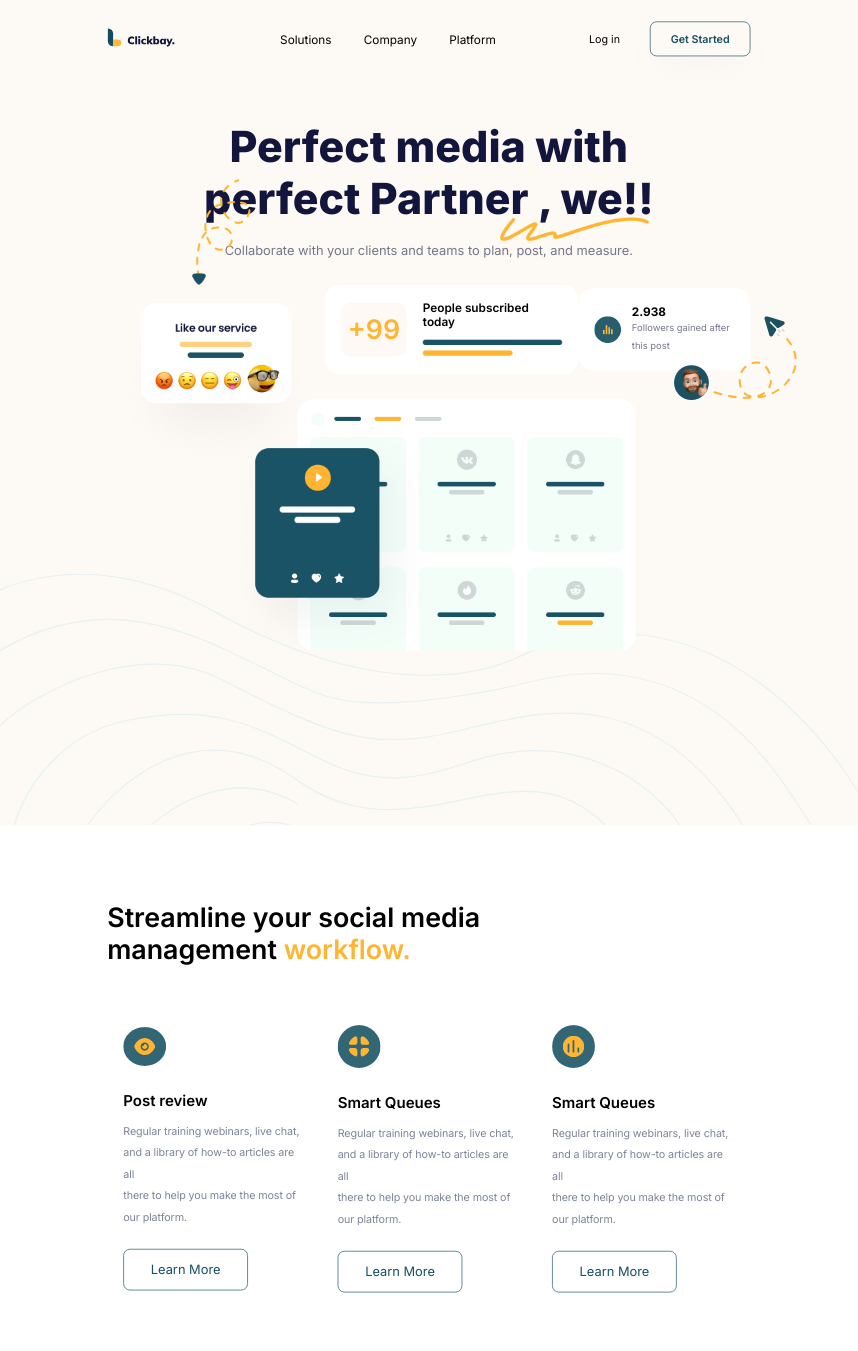
Repository: badhon252/Clickbay
Page: index.html
These files come from the project's save history. The page is drawn as it stood at one moment and after the next save; the edit follows.
The browser window is 1280 px wide. The pictures show the whole page, at 67% of full size.
The style sheet was rebuilt from its Sass, Less or Tailwind sources for each picture, by a compiler version that may differ from the author's.

Above is the page before, as saved 2022-09-05 02:18:27.

### index.html
<!DOCTYPE html>
<html lang="en">

<head>
    <meta charset="UTF-8">
    <meta http-equiv="X-UA-Compatible" content="IE=edge">
    <meta name="viewport" content="width=device-width, initial-scale=1.0">
    <link rel="stylesheet" href="./scss/style.css">
    <title>Clickbay</title>
</head>

<body>
    <header class="">
        <img src="./images/Group 676.svg" alt="" class="header-img">
        <div class="container">


            <nav class="navbar">
                <div class="navbar_brand">
                    <img src="./images/logo.svg" alt="Image not found!">
                </div>

                <ul class="nav">
                    <li class="nav-items"><a href="" class="nav-links">Solutions</a></li>
                    <li class="nav-items"><a href="" class="nav-links">Company</a></li>
                    <li class="nav-items"><a href="" class="nav-links">Platform</a></li>
                </ul>

                <div class="nav-btns">
                    <button class="btn nav-log">Log in</button>
                    <button class="btn nav-start">Get Started</button>
                </div>
            </nav>

            <div class="header-content">
                <h1 class="h1 my-4 text-center">
                    Perfect media with <br> perfect Partner , we!!
                </h1>
                <img src="./images/Vector 735.png" alt="" class="signature text-center">
                <p class="text-center">Collaborate with your clients and teams to plan, post, and measure.</p>

                <div class="company-stat">
                    <div class="row">
                        <div class="col-md-4">
                            <img src="./images/Group 689.png" class="" alt="">
                        </div>
                        <div class="col-md-4 subscriber">
                            <span class="">+99</span>
                            <div>
                                <h2>People subscribed today</h2>
                                <img src="./images/Group 678.png" alt="">
                            </div>
                        </div>
                        <div class="col-md-4 follow">
                            <div class="follower">

                                <img src="./images/Group 1037.svg" alt="">
                                <div>
                                    <h3>2.938</h3>
                                    <p>Followers gained after this post</p>
                                </div>
                            </div>
                            <div class="following">
                                <img src="./images/Group 1041.svg" alt="">
                            </div>
                        </div>
                    </div>
                </div>

                <img src="./images/Group 933.png" alt="" class="group-933">

            </div>
        </div>
    </header>

    <section class="second_section container">
        <h2 class="h2 my-3">
            Streamline your social media <br> management <span> workflow.</span>
        </h2>
        <div class="row">

            <div class="card">
                <img src="./images/Show.svg" class="my-1" alt="">
                <h3 class="my-1">Post review</h3>
                <p class="my-1">Regular training webinars, live chat, <br> and a library of how-to articles are all<br>
                    there to help
                    you make
                    the most of<br> our platform.</p><button class="btn">
                    <a href="#">Learn More</a>
                </button>
            </div>

            <div class="card">
                <img src="./images/Category.svg" class="my-1" alt="">
                <h3 class="my-1">Smart Queues</h3>
                <p class="my-1">Regular training webinars, live chat, <br> and a library of how-to articles are all<br>
                    there to help
                    you make
                    the most of<br> our platform.</p><button class="btn">
                    <a href="#">Learn More</a>
                </button>
            </div>

            <div class="card">
                <img src="./images/Chart.svg" class="my-1" alt="">
                <h3 class="my-1">Smart Queues</h3>
                <p class="my-1">Regular training webinars, live chat, <br> and a library of how-to articles are all<br>
                    there to help
                    you make
                    the most of<br> our platform.</p><button class="btn">
                    <a href="#">Learn More</a>
                </button>
            </div>

        </div>

    </section>
</body>

</html>

### scss/style.scss
@import url("https://fonts.googleapis.com/css2?family=Inter:wght@400;600;700;800;900&display=swap");
* {
  margin: 0;
  padding: 0;
  box-sizing: border-box;
  font-family: "Inter", sans-serif;
  // font-family: 'Poppins';
}
.container {
  margin: 0 10rem;
}
.btn {
  outline: none;
  border: none;
  padding: 15px 30px;
  font-size: 1rem;
  background-color: transparent;
}
.h1 {
  font-size: 4rem;
}
.text-center {
  text-align: center;
}
// margin
.my-1 {
  margin: 1rem 0;
}
.my-2 {
  margin: 2rem 0;
}
.my-3 {
  margin: 3rem 0;
}
.my-4 {
  margin: 4rem 0;
}
.my-5 {
  margin: 5rem 0;
}

// grid system using flex

//==============================
//===================
//==============================

header {
  .row {
    display: flex;
    justify-content: space-evenly;
    align-items: center;
  }
  background-color: #fdf9f4;
  min-height: 100vh;
  position: relative;
  overflow: hidden;

  .header-img {
    position: absolute;
    bottom: 0;
    right: 0;
    z-index: 1;
    width: 100%;
  }
  .navbar {
    color: #282b4d;
    padding: 2rem 0;
    display: flex;
    justify-content: space-between;
    align-items: center;
    font-weight: 500;
    .nav {
      display: flex;
      .nav-items {
        margin-left: 3rem;
        list-style-type: none;
        .nav-links {
          text-decoration: none;
          color: black;
          font-size: 1.1rem;
          font-weight: 500;
        }
      }
    }

    .nav-start {
      border: 1px solid #1a5365;
      box-shadow: 0px 25px 35px -20px rgba(232, 236, 243, 0.5);
      border-radius: 10px;
      color: #154f61;
      font-weight: 600;
      margin-left: 10px;
    }
  }

  .header-content {
    .h1 {
      font-weight: 800;
      margin-bottom: -0.6rem;
      color: #12163c;
    }
    .signature {
      display: block;
      margin: 0 auto;
      transform: translateX(217px);
    }
    p {
      font-size: 1.2rem;
      font-weight: 500;
      line-height: 27px;
      color: #12163c94;
    }

    .company-stat {
      transform: translateY(-120px);
      .subscriber {
        display: flex;
        align-items: center;
        background-color: #fff;
        padding: 1.5rem;
        border-radius: 22px;
        span {
          font-weight: 600;
          font-size: 40px;
          line-height: 60px;
          background-color: #fef9f4;
          color: #ffb531;
          padding: 10px;
          border-radius: 15px;
          margin-right: 1.5rem;
        }
        h2 {
          font-size: 1.1rem;
          font-weight: 600;
          padding-bottom: 1rem;
        }
      }

      .follow {
        position: relative;
        z-index: 11;

        .follower {
          display: flex;
          align-items: center;
          background-color: #fff;
          padding: 1.5rem;
          border-radius: 22px;
          img {
            padding-right: 1rem;
          }
          h3 {
            font-size: 1.1rem;
          }
          p {
            font-size: 14px;
          }
        }
        .following {
          position: absolute;
          top: 42px;
          right: -70px;
        }
      }
    }

    .group-933 {
      position: relative;
      margin: 0 auto;
      top: -240px;
      display: block;
      z-index: 9999;
    }
  }
}

.second_section {
  padding: 4rem 0;
  .row {
    display: flex;
    justify-content: space-between;
    align-items: center;
  }
  h2 {
    font-size: 2.5rem;
    font-weight: 600;
    span {
      color: #ffb531;
    }
  }

  .card {
    padding: 1.5rem;

    img {
      background-color: #336675;
      padding: 1rem;
      border-radius: 50%;
    }

    h3 {
      font-size: 1.4rem;
      font-weight: 600;
      line-height: 29px;
    }

    p {
      line-height: 32px;
      letter-spacing: -0.01em;
      color: #7b8498;
      margin-bottom: 2rem;
    }
    .btn {
      border: 1px solid #1a5365;
      border-radius: 10px;
      padding: 15px 40px;
      &:hover {
        display: block;
      }
      a {
        text-decoration: none;
        color: #154f61;
        line-height: 30px;
        font-size: 1.2rem;
      }
    }
  }
}

After the next save:
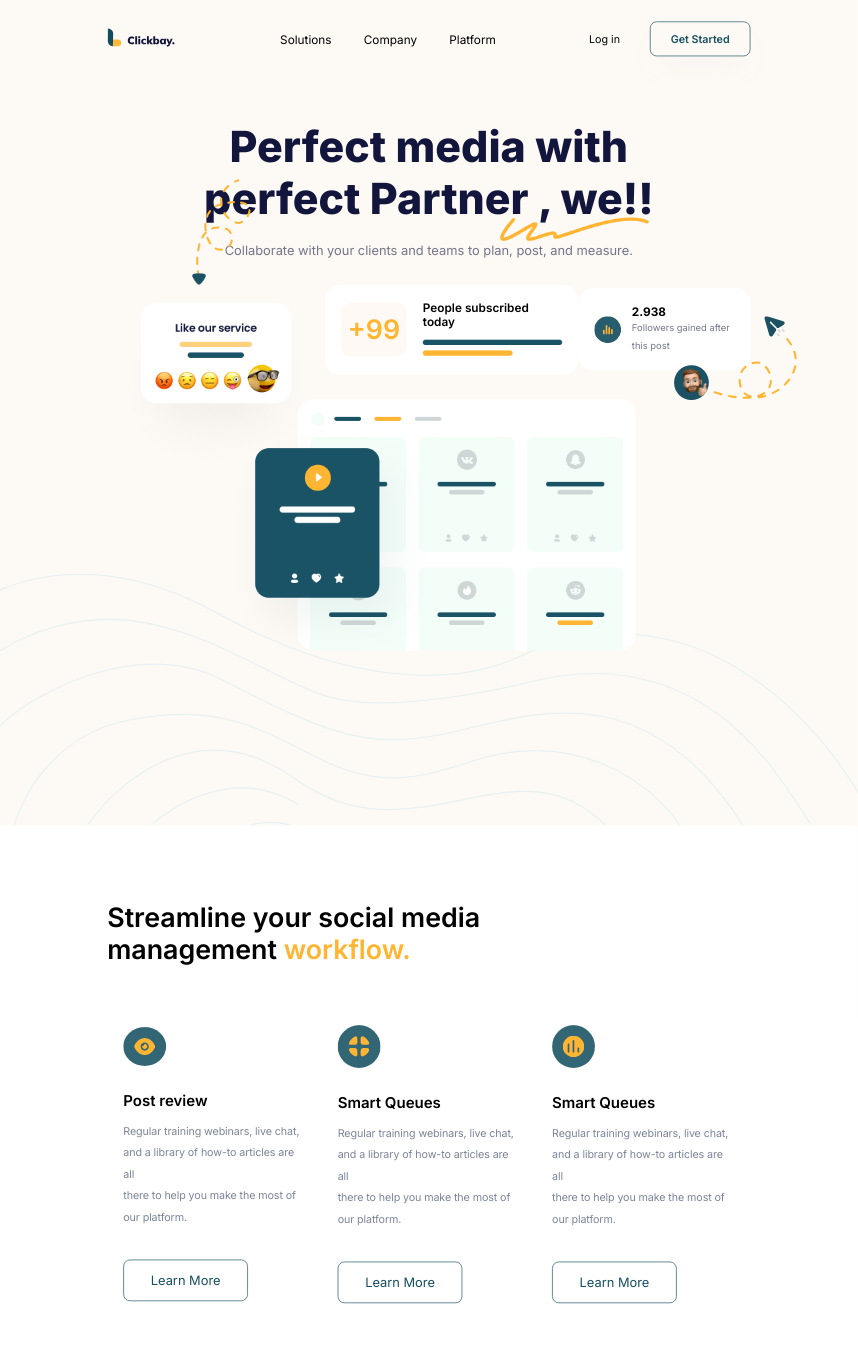
Saved 6 s later.
--- a/scss/style.scss
+++ b/scss/style.scss
@@ -209,7 +209,7 @@ header {
       line-height: 32px;
       letter-spacing: -0.01em;
       color: #7b8498;
-      margin-bottom: 2rem;
+      margin-bottom: 3rem;
     }
     .btn {
       border: 1px solid #1a5365;
